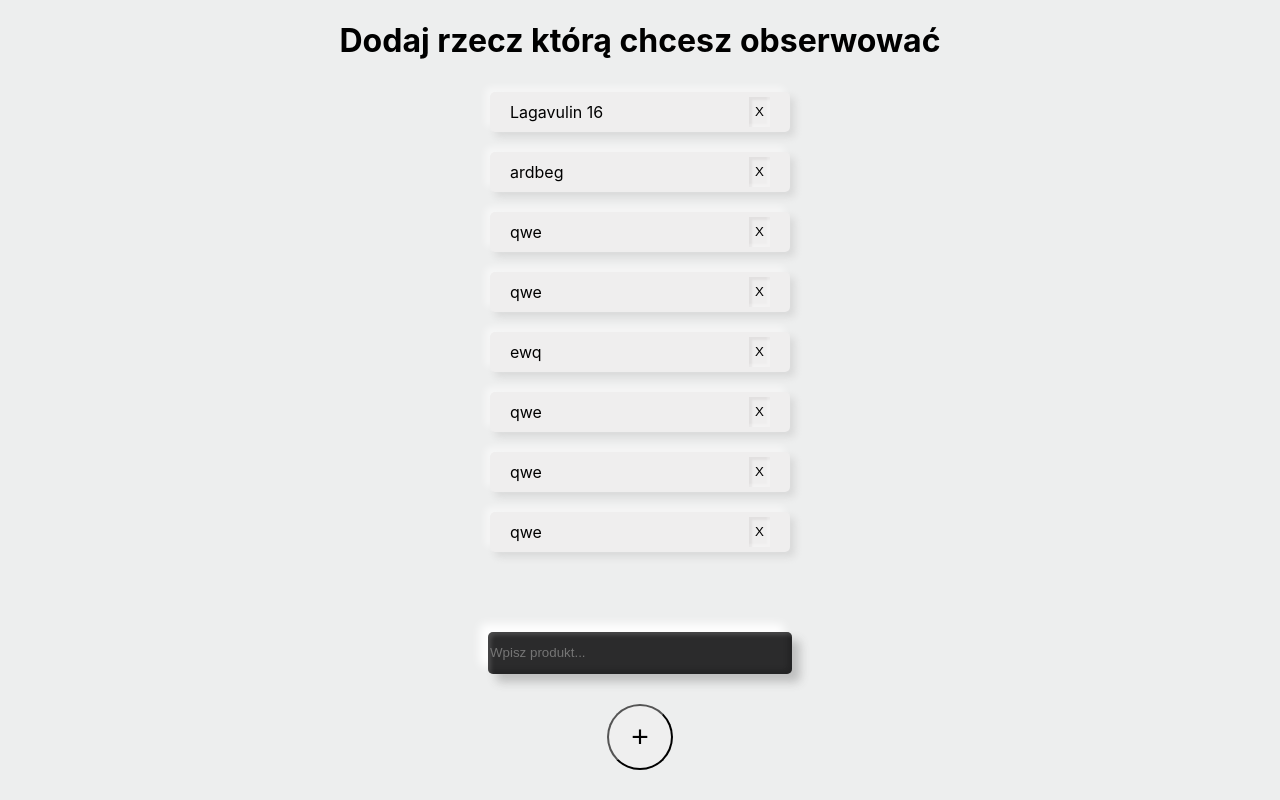
Repository: matedoo/crawler
Page: /MainApp
An editor plug-in stored every save of this project. The page is shown before and after the next save, followed by the edit.
The browser window is 1280 px wide. The pictures show the whole page.
The project was rebuilt for these pictures with package versions that can differ from the ones it lists, and the page was loaded fresh each time. Requests to the local data server were answered from the project's data file. Also part of the build but not shown: src/Components/button.js, src/Components/LoginComponents/LoginApp.js, src/Components/LoginComponents/RegisterApp.js, src/Components/btnContainer.js, src/Components/heading.js, src/Components/LoginComponents/StartApp.js.

Above is the page before, as saved 2020-05-01 19:12:53.

### public/index.html
<!DOCTYPE html>
<html lang="en">
  <head>
    <meta charset="utf-8" />
    <link rel="icon" href="%PUBLIC_URL%/favicon.ico" />
    <meta name="viewport" content="width=device-width, initial-scale=1" />
    <meta name="theme-color" content="#000000" />
    <meta
      name="description"
      content="Web site created using create-react-app"
    />
    <link rel="apple-touch-icon" href="%PUBLIC_URL%/logo192.png" />
    <!--
      manifest.json provides metadata used when your web app is installed on a
      user's mobile device or desktop. See https://developers.google.com/web/fundamentals/web-app-manifest/
    -->
    <link rel="manifest" href="%PUBLIC_URL%/manifest.json" />
    <!--
      Notice the use of %PUBLIC_URL% in the tags above.
      It will be replaced with the URL of the `public` folder during the build.
      Only files inside the `public` folder can be referenced from the HTML.

      Unlike "/favicon.ico" or "favicon.ico", "%PUBLIC_URL%/favicon.ico" will
      work correctly both with client-side routing and a non-root public URL.
      Learn how to configure a non-root public URL by running `npm run build`.
    -->
    <title>Racoon</title>
  </head>
  <body>
    <noscript>You need to enable JavaScript to run this app.</noscript>
    <div id="root"></div>

  </body>
</html>

### src/App.js
import React from 'react';
import LoginApp from './Components/LoginComponents/LoginApp'
import RegisterApp from './Components/LoginComponents/RegisterApp'
import StartApp from './Components/LoginComponents/StartApp'
import MainApp from './Components/MainApp/MainApp'
import {BrowserRouter as Router, Switch, Route} from 'react-router-dom'




class App extends React.Component {

  render(){
    return (
      <Router>
        <Switch>
          <Route path='/' exact component={StartApp}></Route>
          <Route path='/LoginApp' component={LoginApp}></Route>
          <Route path='/RegisterApp' component={RegisterApp}></Route>
          <Route path='/MainApp' component={MainApp}></Route>
        </Switch>
      </Router>
    );
  }
}



export default App;

### src/Components/MainApp/MainApp.js
import React, { useState, useEffect } from 'react';
import styled, {keyframes} from 'styled-components';
import MainAppElement from './MainAppElement'


//http://localhost:4000/items

function MainApp(props) {
  const [inputValue, setInputValue] = useState('')

  const [fetchedData, setFetchedData] = useState([])
  const [dataError, setDataError] = useState(null)
  const [inputError, setInputError] = useState('')
  const [isLoading, setIsLoading] = useState(true)

  useEffect(() => {
    const myFetch = async () => {
      setIsLoading(true)

      try {
        const response = await fetch(`http://localhost:4000/items`)
        const responseParsed = await response.json()

        setIsLoading(false)
        setFetchedData(responseParsed)

      } catch(dataError){
        setIsLoading(false)
        setDataError(dataError)
      }

    }
    myFetch()
  }, [])

  if(isLoading){
    return <LoadSpinner></LoadSpinner>
  }
  if(dataError){
    return <p>Error...</p>
  }

  const handleInputChange = (event) => {
    const { value } = event.target

    setInputValue(value)

  }
  const handleButtonClick = () => {

    if(!inputValue) return;
    if(fetchedData.some(el => el.title === inputValue)){
      setInputError('Ten przedmiot już jest na liście')
      return;
    }else{
      fetch('http://localhost:4000/items', {
        method: 'POST', // or 'PUT'
        headers: {
          'Content-Type': 'application/json',
        },
        body: JSON.stringify({
          title: inputValue
      }),
      })
      .then((response) => response.json())
      .then((data) => {

        setFetchedData([...fetchedData, data])
        setInputError('')
        setInputValue('')
        console.log('Success:', data);
      })
      .catch((error) => {
        console.error('Error:', error);
      });
    }


  }

  const handleElementRemove = (elID) => {
    fetch(`http://localhost:4000/items/${elID}`, {
        method: 'DELETE', // or 'PUT'
      })
      .then(() => {
        setFetchedData(fetchedData.filter(el => el.id !== elID))

      }).catch(err => {
       console.error(err)
      });

  }

    return (
      <LoginAppStyled>
        <h1>Dodaj rzecz którą chcesz obserwować</h1>
        {fetchedData.map((el, index) => (
          <MainAppElement
            key={index}
            value={el.id}
            element={el.title}
            handleCloseClick={handleElementRemove}
          />
        ))}
        <AddInput
          name='listelemt'
          placeholder='Wpisz produkt...'
          value={inputValue}
          onChange={handleInputChange}
        />
        <AddButton onClick={handleButtonClick}></AddButton>
        {!!inputError &&
        <p>{inputError}</p>
        }
      </LoginAppStyled>
    );

}

export default MainApp;

const loadingspin = keyframes`
  from {
    transform: rotate(0deg);
  }

  to {
    transform: rotate(360deg);
  }
`;
const LoadSpinner = styled.div`
  position: absolute;
  top: 50%;
  left: 49%;
  pointer-events: none;
	width: 2.5em;
	height: 2.5em;
	border: 0.4em solid transparent;
	border-color: #eee;
	border-top-color: #000;
	border-radius: 50%;
	animation: ${loadingspin} 1s linear infinite;
`
const AddInput = styled.input`
  width: 300px;
  height: 40px;
  margin-top: 70px;
  border-radius: 5px;
  border: 0;
  color: #fff;
  box-shadow: -8px -8px 10px 0 #ffffff, 8px 8px 10px 0 rgba(80, 78, 78, 0.3), inset 3px 3px 4px 0 rgba(255, 255, 255, 0.15), inset -4px -4px 4px 0 rgba(17, 16, 16, 0.25);
  background-color: #2b2b2c;
`
const AddButton = styled.button`
  width: 66px;
  height: 66px;
  color: #000;
  border-radius: 50px;
  font-size: 30px;
  margin:30px 0 30px 0;
  &:before{
    position: relative;
    content:"+";
  }
`

const LoginAppStyled = styled.div`
   background-color: #edeeee;
   margin: 0;
   padding:0;
   min-height: 100%;
   height: auto;
   position: absolute;
   width: 100%;
   background-attachment: fixed;
   display: flex;
   align-items: center;
   justify-content: center;
   flex-direction: column;
`

### src/Components/MainApp/MainAppElement.js
import React from 'react';
import styled from 'styled-components';

function MainAppElement(props){
    const {value, element, handleCloseClick} = props;
    return(
        <ElementStyled value={value}>
            {element}
            <ElementDeleteStyled onClick={ () => handleCloseClick(value)}>X</ElementDeleteStyled>
        </ElementStyled>

    )
}

export default MainAppElement;

const ElementStyled = styled.div`
  width: 260px;
  height: 40px;
  margin: 10px 0 10px 0;
  border-radius: 5px;
  box-shadow: -5px -5px 7px 0 rgba(255, 255, 255, 0.5), 5px 5px 7px 0 rgba(194, 193, 192, 0.45);
  display: flex;
  align-items: center;
  justify-content: space-between;
  padding: 0 20px 0 20px;
  background-color: #efeeee;
`
const ElementDeleteStyled = styled.button`
  height: 30px;
  box-shadow: inset -3px -3px 2px 0 rgba(255, 255, 255, 0.25), inset 3px 3px 2px 0 rgba(194, 193, 192, 0.3);
  background-color: #efeeee;
  border: 0;
`

### db.json
{
  "items": [
    {
      "title": "Lagavulin 16",
      "id": 1
    },
    {
      "title": "ardbeg",
      "id": 3
    },
    {
      "title": "qwe",
      "id": 4
    },
    {
      "title": "qwe",
      "id": 5
    },

    {
      "title": "ewq",
      "id": 11
    },
    {
      "title": "qwe",
      "id": 12
    },
    {
      "title": "qwe",
      "id": 13
    },
    {
      "title": "qwe",
      "id": 14
    }
  ]
}

Loaded but not shown: src/index.js (common file); src/styles/index.css (common file); src/serviceWorker.js (common file)

After the next save:
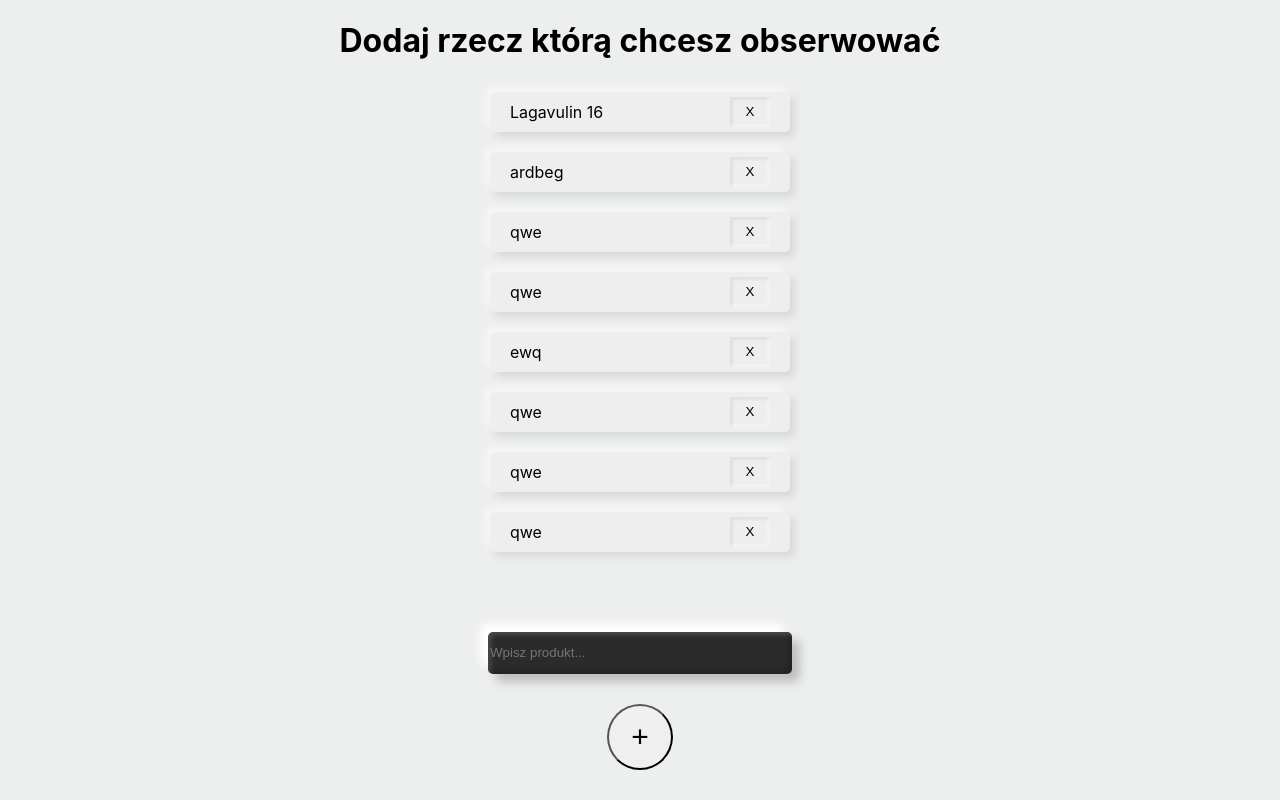
Saved 9 s later.
--- a/src/Components/MainApp/MainAppElement.js
+++ b/src/Components/MainApp/MainAppElement.js
@@ -28,6 +28,7 @@ const ElementStyled = styled.div`
 `
 const ElementDeleteStyled = styled.button`
   height: 30px;
+  width: 40px;
   box-shadow: inset -3px -3px 2px 0 rgba(255, 255, 255, 0.25), inset 3px 3px 2px 0 rgba(194, 193, 192, 0.3);
   background-color: #efeeee;
   border: 0;
